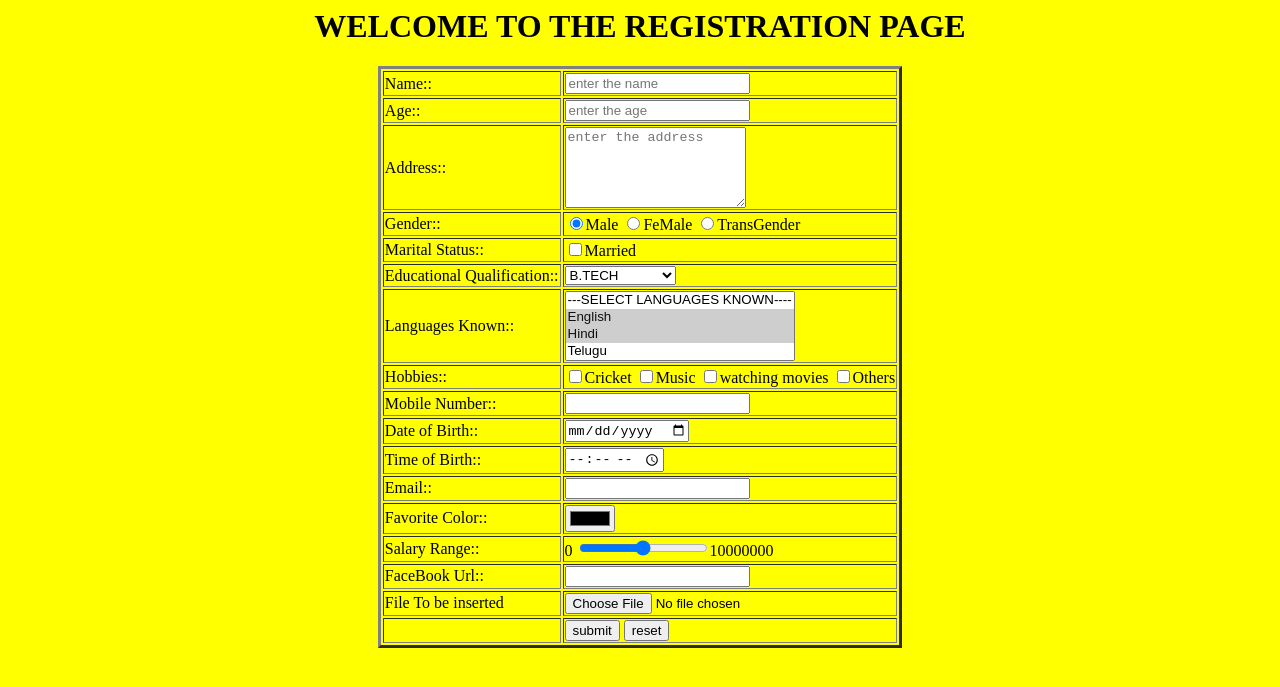
Repository: shivaramkrishna53/SERVLET_PROJECTS
Page: proj12-WorkingWithDifferentFormComponents-RegistrationApp/WebContent/input.html
The author's editor kept a copy of each file at every save. The page is drawn from the files as they stood at one save, then again after the next save.
The browser window is 1280 px wide. The pictures show the whole page.

Above is the page before, as saved 2021-01-12 18:15:31.

After the next save:
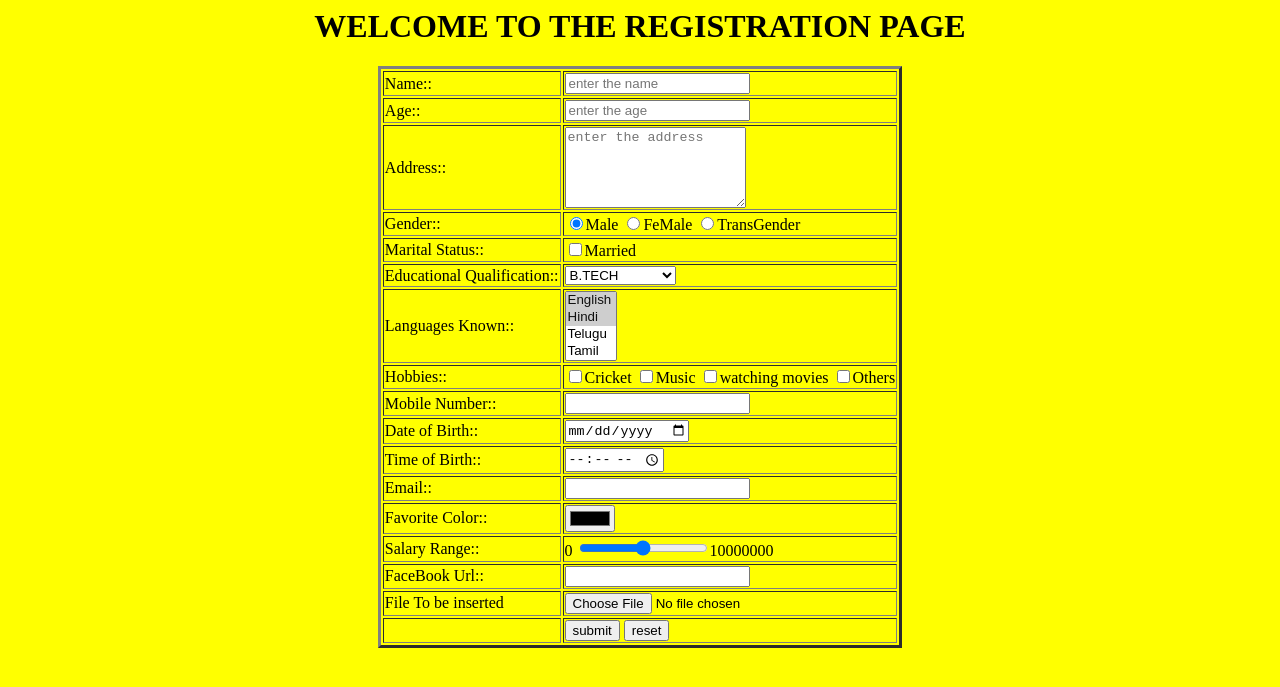
Saved 34 s later.
--- a/proj12-WorkingWithDifferentFormComponents-RegistrationApp/WebContent/input.html
+++ b/proj12-WorkingWithDifferentFormComponents-RegistrationApp/WebContent/input.html
@@ -56,7 +56,7 @@ Educational Qualification::
 <td>Languages Known::</td>
 <td>
 <select name="languages" multiple>
-<option>---SELECT LANGUAGES KNOWN----</option>
+
 <option value="english" selected>English</option>
 <option value="hindi" selected>Hindi</option>
 <option value="telugu">Telugu</option>
